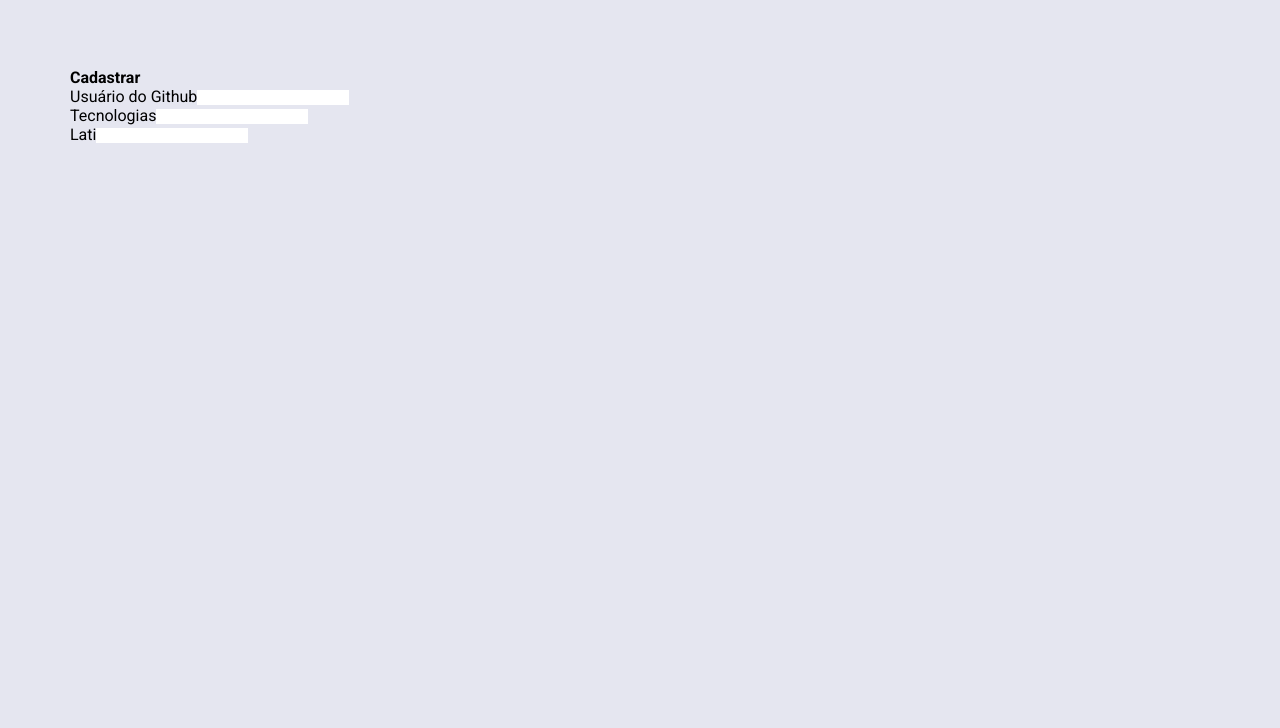
Repository: Jonatas-Castro/react_frontend
Page: /
These files come from the project's save history. The page is drawn as it stood at one moment and after the next save; the edit follows.
The browser window is 1280 px wide. The pictures show the whole page.
The project was rebuilt for these pictures with package versions that can differ from the ones it lists, and the page was loaded fresh each time. Also part of the build but not shown: src/Sidebar.css, src/Mean.css.

Above is the page before, as saved 2020-01-16 14:57:15.

### src/App.js
import React from 'react';
import './global.css';
import './App.css';
import './Sidebar.css';
import './Mean.css';

// Componente: Bloco isolado de HTML, CSS OU JS, o quel não interfere no restante da aplicação.
// Propriedade: Informações que um componente PAI passa para um componente FILHO
// estado: Informações mantidas pelo componente (Lembrar : Imutabilidade)


function App() {

  return (
    <div id="app">
      <aside>
        <strong>Cadastrar</strong>
        <form action="">

          <div class="input-block">
            <label htmlFor="github_username">Usuário do Github</label>
            <input type="text" name="github_username" id="github_username" required />
          </div>

          <div class="input-block">
            <label htmlFor="techs">Tecnologias</label>
            <input type="text" name="techs" id="techs" required />
          </div>

          <div class="input-block">
            <label htmlFor="github_username">Lati</label>
            <input type="text" name="github_username" id="github_username" required />
          </div>

        </form>
      </aside>
      <main></main>
    </div>
   );
}

export default App;

### src/global.css
@import url('https://fonts.googleapis.com/css?family=Roboto:400,700&display=swap');
*{
    border:0;
    padding: 0;
    outline: 0;
    box-sizing: border-box;
}
html,body,#root{
    height: 100%;
}
body{
    background: #e5e6f0;
    -webkit-font-smoothing: antialiased;
}

body, input, button{
    font-family: roboto, sans-serif;
}

### src/App.css
#app{
    max-width: 1200px;
    margin: 0 auto;
    padding:60px 30px;
    display: flex;
    flex-direction: row;
    align-items: flex-start;
}

Loaded but not shown: public/index.html (common file); src/index.js (common file)

After the next save:
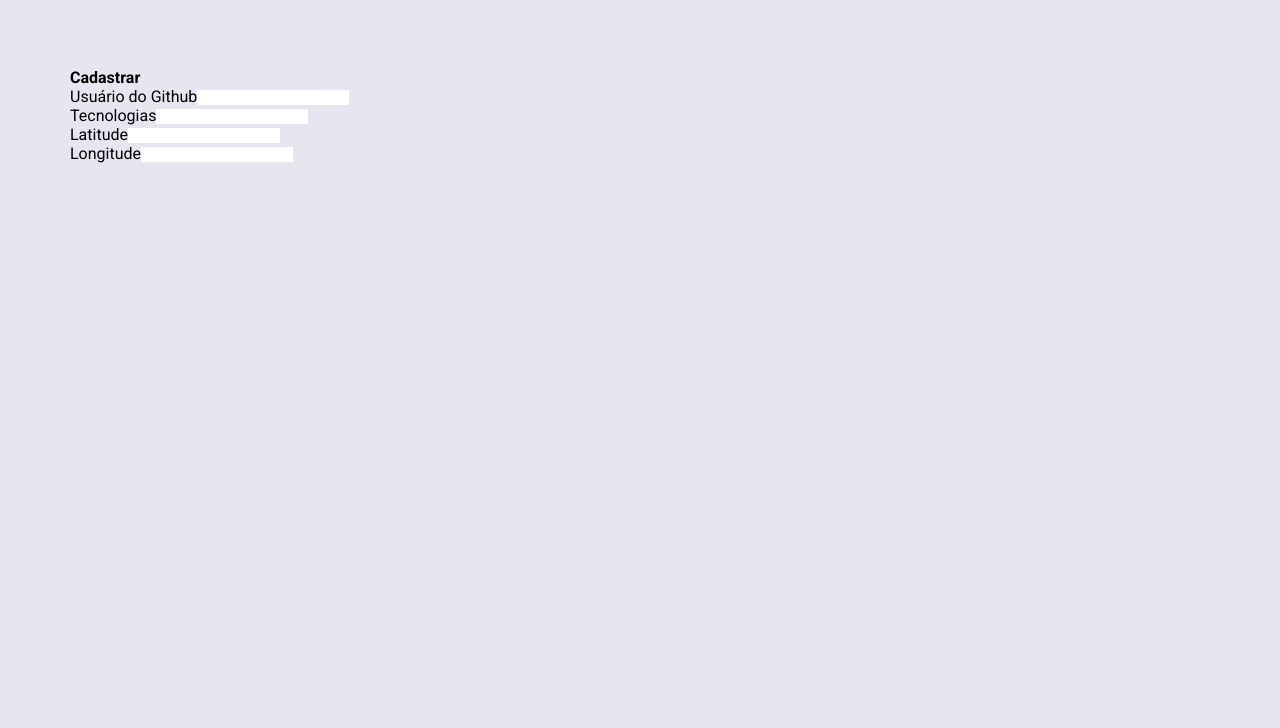
Saved 4 min 43 s later.
--- a/src/App.js
+++ b/src/App.js
@@ -27,11 +27,17 @@ function App() {
             <input type="text" name="techs" id="techs" required />
           </div>
 
-          <div class="input-block">
-            <label htmlFor="github_username">Lati</label>
-            <input type="text" name="github_username" id="github_username" required />
+          <div className="input-group">
+            <div class="input-block">
+              <label htmlFor="latitude">Latitude</label>
+              <input type="text" name="latitude" id="latitude" required />
+            </div>
+            <div class="input-block">
+            <label htmlFor="longitude">Longitude</label>
+            <input type="text" name="longitude" id="longitude" required />
           </div>
-
+          </div>
+          <button type="submit"></button>
         </form>
       </aside>
       <main></main>
